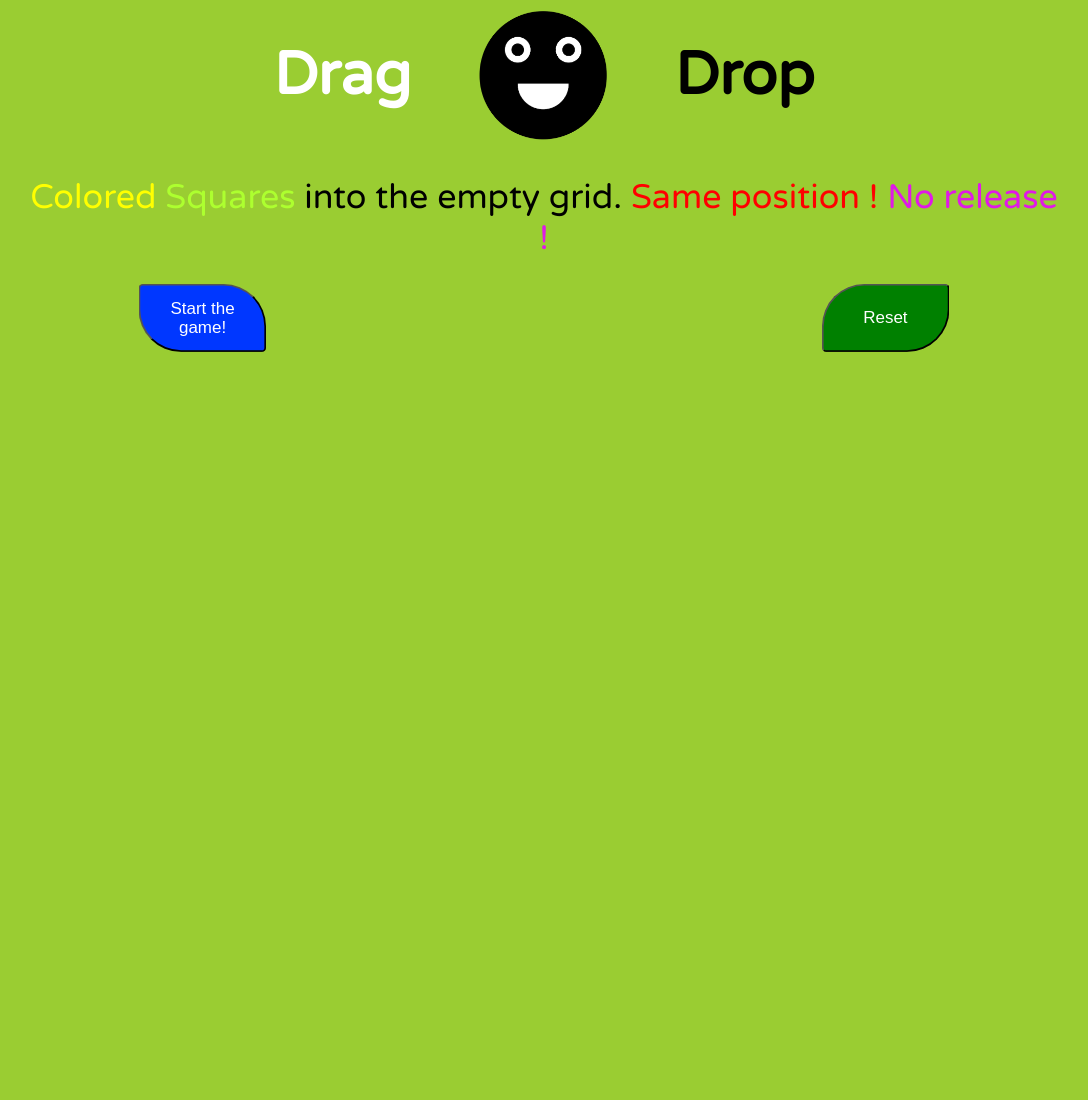
Repository: Siehan/Quiky-drag-and-drop
Page: index.html
The author's editor kept a copy of each file at every save. The page is drawn from the files as they stood at one save, then again after the next save.
The browser window is 1280 px wide. The pictures show the whole page, at 85% of full size.

Above is the page before, as saved 2020-01-24 21:23:41.
Console error: SyntaxError: Unexpected token 'while'

### index.html
<!DOCTYPE html>
<html lang="en">

<head>
  <meta charset="UTF-8">
  <meta name="viewport" content="width=device-width, initial-scale=1.0">
  <meta http-equiv="X-UA-Compatible" content="ie=edge">
  <link rel="stylesheet" type="text/css" href="style.css">
  <script type="module" src="grid.js"></script>
  <script type="text/javascript"></script>
  <title>Drag & Drop</title>
</head>

<body>
  <header>
    <h1 class="drag">Drag</h1>
    <img class="black-face" src="images/1297390581.png" alt="black face">
    <h1 class="drop">Drop</h1>
  </header>

  <p><span style="color: yellow;">Colored</span><span style="color: greenyellow;"> Squares</span> into the empty grid.<span style="color: red;"> Same position !</span> <span style="color: rgb(224, 25, 231);"> No release  !</span></p>

  <div id="start-the-game">
    <button id="button-go">Start the game!</button>
    <div id="time"></div>
    <button id="button-reset">Reset</button>
  </div>

  <div id="container">
    <div class="container-one"></div>
    <div class="container-two"></div>
  </div>

</body>

</html>

### style.css
@import url("https://fonts.googleapis.com/css?family=Varela+Round&display=swap");

body, html {
 font-family: 'Varela Round', sans-serif;
 background: yellowgreen;
 margin: 0 auto;
 padding: 0;
}

header {
 display: flex;
 justify-content: center;
 align-items: center;
}

.drag {
 color: white;
 font-size: 70px;
 padding-right: 80px;
}

.black-face {
 width: 150px;
}

.drop {
 color: black;
 font-size: 70px;
 padding-left: 80px;
}

.thumbs-face {
 width: 60px;
}

p {
 padding: 30px;
 margin: auto;
 font-family: 'Varela Round', sans-serif;
 font-size: 40px;
 color: black;
 text-align: center;
}

#start-the-game {
 display: flex;
 justify-content: space-around;
}

#button-go {
 width: 150px;
 color: white;
 font-size: 20px;
 background-color: #0037ff;
 padding: 15px;
 border-radius: 5px 50px;
}

#time {
 color: white;
 font-size: 60px;
 text-align: center;
}

#button-reset {
 width: 150px;
 color: white;
 font-size: 20px;
 background-color: green;
 padding: 15px;
 border-radius: 50px 5px;
}

#container {
 display: flex;
}

.container-one {
 display: grid;
 padding: 40px;
 grid-template-columns: repeat(5,1fr);
 grid-template-rows: repeat(5,1fr);
 width: 800px;
 height: 800px;
 grid-gap: 9px;
}

.container-two {
 display: grid;
 padding: 40px;
 grid-template-columns: repeat(5,1fr);
 grid-template-rows: repeat(5,1fr);
 width: 800px;
 height: 800px;
 grid-gap: 9px;
}

.container-one div {
 border: 2px solid white;
 width: 100%;
 height: 100%;
}

.container-two div {
 border: 2px solid black;
 width: 100%;
 height: 100%;
}

.drop_hover {
 box-shadow: 0 0 30px rgba(0, 0, 0, 2) inset;
}

### grid.js
const sounds = [
    "./assets/aaahh-content.mp3",
    "./assets/accordeon.mp3",
    "./assets/ahhh.mp3",
    "./assets/alouette-des-bois.mp3",
    "./assets/chui-envoute.mp3",
    "./assets/clave.mp3",
    "./assets/contrebasse.mp3",
    "./assets/cythar.mp3",
    "./assets/embouteillage-inextricable.mp3",
    "./assets/emergency.mp3",
    "./assets/grelots-africains.mp3",
    "./assets/klaxon-bus.mp3",
    "./assets/klaxon-camion.mp3",
    "./assets/loop.mp3",
    "./assets/loop2.mp3",
    "./assets/loup-meute.mp3",
    "./assets/ocarina.mp3",
    "./assets/piano.mp3",
    "./assets/rythme-hiphop.mp3",
    "./assets/rythme-techno.mp3",
    "./assets/rythme.mp3",
    "./assets/samba-whisle.mp3",
    "./assets/saxo.mp3",
    "./assets/trumpet.mp3",
    "./assets/vache.mp3",
    "./assets/vibraphone.mp3",
    "./assets/vinyl.mp3",
    "./assets/violin-tremolo.mp3",
]

function startTheGame() {
    const btn = document.getElementById("button-go");
    btn.onclick = startEverything;
    console.log(setBlockColor());
}

function startEverything() {
    setBlockColor();
    timer();
}

document.getElementById("button-reset").onclick = () =>
    window.location.reload();
startTheGame();

function setBlockColor() {
    const cases = document.querySelectorAll(".container-one div");
    cases.forEach(c => (c.style.background = getRandomColor()));
}

function getRandomColor() {
    var letters = "0123456789ABCDEF";
    var color = "#";
    for (var i = 0; i < 6; i++) {
        color += letters[Math.floor(Math.random() * 16)];
    }
    return color;
}

function hourglass(id, cpt, lim, callback) {
    (function f() {
        var el = document.getElementById(id);

        if (cpt > lim) {
            cpt--;
            setTimeout(f, 999);
        } else if (callback) {
            callback();
        }
        el.innerHTML = cpt;
    })();
}

function timer() {
    hourglass("time", 40, 0, function () {
        alert("GAME OVER ! not fast enough");
    });
};

for (let i = 0; i <= 24; i++) {
    var containerOne = document.querySelector(".container-one");
    var newDiv = document.createElement("div");
    newDiv.className = "draggable" + " case" + i + " caseTableau1";
    containerOne.appendChild(newDiv);
}
console.log(containerOne);

for (let i = 0; i <= 24; i++) {
    var containerTwo = document.querySelector(".container-two");
    var newDiv2 = document.createElement("div");
    newDiv2.className = "dropper" + " case" + i + " caseTableau2";
    containerTwo.appendChild(newDiv2);
}

console.log(containerTwo);





(function () {
    var dndHandler = {
        draggedElement: null,

        applyDragEvents: function (element) {
            element.draggable = true;

            var dndHandler = this;

            element.addEventListener("dragstart", function (e) {
                dndHandler.draggedElement = e.target;
                console.log(e.target)
                e.dataTransfer.setData("text/plain", "");
            });
        },
        applyDropEvents: function (dropper) {
            dropper.addEventListener("dragover", function (e) {
                e.preventDefault();
                if (!this.className.includes("drop_hover")) {
                    this.className = this.className + " drop_hover"
                }

            });

            dropper.addEventListener("dragleave", function () {
                this.classList.remove("drop_hover")
                // this.className = "dropper";
            });

            var dndHandler = this;

            dropper.addEventListener("drop", function (e) {

                const randomIndex = Math.round(Math.random() * sounds.length)
                const randomSoundUrl = sounds[randomIndex];
                const audioObj = new Audio(randomSoundUrl);
                audioObj.play();
                var target = e.target,
                    draggedElement = dndHandler.draggedElement,
                    clonedElement = draggedElement.cloneNode(true);


                const bothCase = target.className.split(" ")[1]
                const dropCase = dndHandler.draggedElement.className.split(" ")[1]
                if (bothCase.length !== dropCase.length


                // console.log(target.className, dndHandler.draggedElement.className)
                while (target.className.indexOf("dropper") == -1) {
                    target = target.parentNode;
                }

                // target.className = "dropper";

                clonedElement = target.appendChild(clonedElement);
                dndHandler.applyDragEvents(clonedElement);

                draggedElement.parentNode.removeChild(draggedElement);
                //score++;
                //console.log("score", score);
            });
        }
    };

    var elements = document.querySelectorAll(".draggable"),
        elementsLen = elements.length;

    for (var i = 0; i < elementsLen; i++) {
        dndHandler.applyDragEvents(elements[i]);
    }

    var droppers = document.querySelectorAll(".dropper"),
        droppersLen = droppers.length;

    for (var i = 0; i < droppersLen; i++) {
        dndHandler.applyDropEvents(droppers[i]);
    }
})();

After the next save:
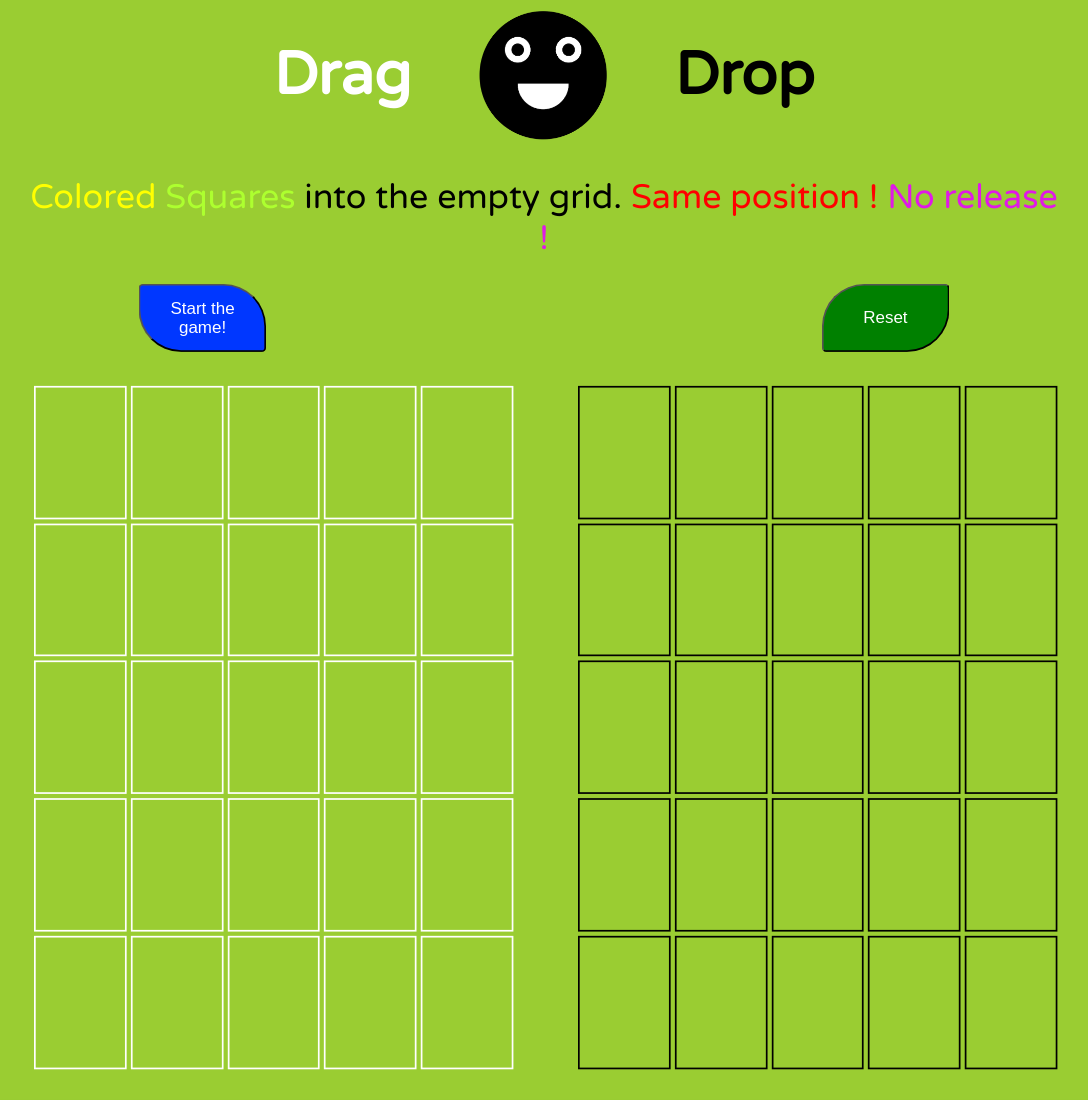
The error is gone.
Saved 24 s later.
--- a/grid.js
+++ b/grid.js
@@ -143,7 +143,7 @@ console.log(containerTwo);
 
                 const bothCase = target.className.split(" ")[1]
                 const dropCase = dndHandler.draggedElement.className.split(" ")[1]
-                if (bothCase.length !== dropCase.length
+                if (bothCase.length !== dropCase.length);
 
 
                 // console.log(target.className, dndHandler.draggedElement.className)
